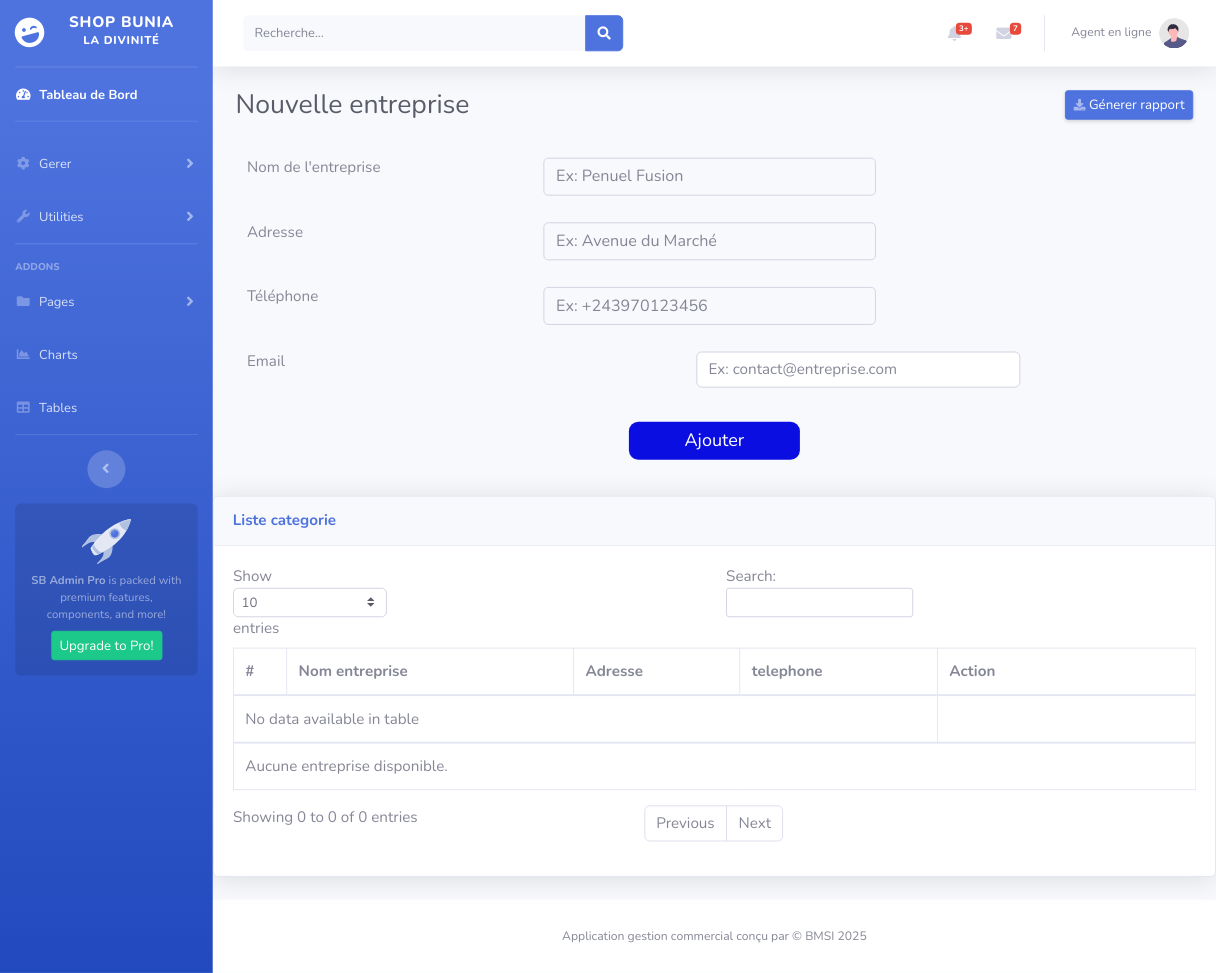
Repository: gradi243/gestion_boutique
Page: http://localhost/entreprise.php
An editor plug-in stored every save of this project. The page is shown before and after the next save, followed by the edit.
The browser window is 1280 px wide. The pictures show the whole page, at 95% of full size.
The page is run by PHP 8.4 with error messages shown; the project is at /var/www/html/. The session is filled in as if someone had signed in: {"id": 1, "nom": "Feza", "email": "gradi@gmail.com", "role": "admin", "id_entreprise": 1}. Other server files are loaded and not shown. Queries for data that is not in the repository find no rows.

Above is the page before, as saved 2025-10-24 17:26:45.
Console error: TypeError: Cannot read properties of null (reading 'length')

### entreprise.php
<?php

    session_start();
    include_once("connexion/connexion.php");

    // Vérifie si l'utilisateur est connecté
    if (!isset($_SESSION['id'])) {
        header("Location: login.php");
        exit;
    }
    // Connexion à la base de données
    include_once('connexion/connexion.php');

?>
<!DOCTYPE html>
<html lang="en">
    <?php
        include("lien/lien.php");
    ?>
<body id="page-top">

    <!-- Page Wrapper -->
    <div id="wrapper">

        <!-- Sidebar -->
        <?php
            include("menugauche/menugauche.php");
        ?>
        <!-- End of Sidebar -->

        <!-- Content Wrapper -->
        <div id="content-wrapper" class="d-flex flex-column">

            <!-- Main Content -->
            <div id="content">

                <!-- Topbar -->
                <?php
                    include("topbar/topbar.php");
                ?>
                <!-- End of Topbar -->

                <!-- Begin Page Content -->
                <div class="container-fluid">

                    <!-- Page Heading -->
                    <?php if(empty($_GET["modifier"])) : ?>
                        <div class="d-sm-flex align-items-center justify-content-between mb-4">
                            <h1 class="h3 mb-0 text-gray-800">Nouvelle entreprise</h1>
                            <a href="#" class="d-none d-sm-inline-block btn btn-sm btn-primary shadow-sm"><i
                            class="fas fa-download fa-sm text-white-50"></i> Génerer rapport</a>
                        </div>
                    <!-- gestion de message  -->
                        <div class="alerte">
                            <?php
                                if(isset($_GET['msg']) && !empty($_GET["msg"]) ) { ?>

                                    <div><p> <?= htmlspecialchars($_GET["msg"]) ?> </p></div>
                                <?php } ?>
                        </div>
                        <form action="include/entreprise.php" method="post" class="formulaire">
                            <table class="table table-borderless">
                                <tr>
                                    <td><label for="nom">Nom de l'entreprise</label></td>
                                    <td>
                                        <input type="text" id="nom" name="nom" class="form-control" placeholder="Ex: Penuel Fusion" required>
                                    </td>
                                </tr>
                                <tr>
                                    <td><label for="adresse">Adresse</label></td>
                                    <td>
                                        <input type="text" id="adresse" name="adresse" class="form-control" placeholder="Ex: Avenue du Marché" required>
                                    </td>
                                </tr>
                                <tr>
                                    <td><label for="telephone">Téléphone</label></td>
                                    <td>
                                        <input type="text" id="telephone" name="telephone" class="form-control" placeholder="Ex: +243970123456" required>
                                    </td>
                                </tr>
                                <tr>
                                    <td><label for="email">Email</label></td>
                                    <td>
                                        <input type="email" id="email" name="email" class="form-control" placeholder="Ex: contact@entreprise.com" required>
                                    </td>
                                </tr>
                                <tr>
                                    <td colspan="2">
                                        <input type="submit" name="valider" value="Ajouter" class="btn btn-success">
                                    </td>
                                </tr>
                            </table>
                        </form>

                    <?php endif ?>

                    <!-- une condition pour la modification si la variable n'est pas vide -->
                    <?php if(!empty($_GET["modifier"])) : ?>
                        <div class="d-sm-flex align-items-center justify-content-between mb-4">
                            <h1 class="h3 mb-0 text-gray-800">Modification de l'entreprise</h1>
                            <a href="#" class="d-none d-sm-inline-block btn btn-sm btn-primary shadow-sm">
                                <i class="fas fa-download fa-sm text-white-50"></i> Générer rapport
                            </a>
                        </div>

                        <?php
                            $mod = htmlspecialchars($_GET['modifier']);
                            $req = $pdo->prepare("SELECT * FROM entreprise WHERE id = ?");
                            $req->execute([$mod]);
                            $affiche = $req->fetch(PDO::FETCH_ASSOC);
                        ?>

                        <form action="include/entreprise.php" method="post" class="formulaire">
                            <table class="table table-borderless">
                                <!-- Champ caché pour l'ID -->
                                <input type="hidden" name="id" value="<?= htmlspecialchars($affiche['id']) ?>">

                                <tr>
                                    <td>Nom de l'entreprise</td>
                                    <td>
                                        <input type="text" name="nom" class="form-control" placeholder="Ex: Penuel Fusion"
                                            value="<?= htmlspecialchars($affiche['nom']) ?>" required>
                                    </td>
                                    <td>
                                        <input type="submit" name="valider" value="Modifier" class="btn btn-primary">
                                    </td>
                                </tr>

                                <tr>
                                    <td>Adresse</td>
                                    <td>
                                        <input type="text" name="adresse" class="form-control" placeholder="Ex: Avenue du Marché"
                                            value="<?= htmlspecialchars($affiche['adresse']) ?>" required>
                                    </td>
                                </tr>

                                <tr>
                                    <td>Téléphone</td>
                                    <td>
                                        <input type="text" name="telephone" class="form-control" placeholder="Ex: +243970123456"
                                            value="<?= htmlspecialchars($affiche['telephone']) ?>" required>
                                    </td>
                                </tr>

                                <tr>
                                    <td>Email</td>
                                    <td>
                                        <input type="email" name="email" class="form-control" placeholder="Ex: contact@entreprise.com"
                                            value="<?= htmlspecialchars($affiche['email']) ?>" required>
                                    </td>
                                </tr>
                            </table>
                        </form>
                    <?php endif; ?>

                </div>
                <div class="card shadow mb-4">
                        <div class="card-header py-3">
                            <h6 class="m-0 font-weight-bold text-primary">Liste categorie</h6>
                        </div>
                        <div class="card-body">
                            <div class="table-responsive">
                                <table class="table table-bordered" id="dataTable" width="100%" cellspacing="0">
                                    <thead>
                                        <tr>
                                            <th>#</th>
                                            <th>Nom entreprise </th>
                                            <th>Adresse</th>
                                            <th>telephone</th>

                                            <th colspan="2">Action</th>
                                        </tr>
                                    </thead>

                                    <tbody>
                                     <tbody>
                                            <?php
                                            include_once("connexion/connexion.php");

                                            $sql = "SELECT * FROM entreprise ORDER BY nom ASC";
                                            $stmt = $pdo->prepare($sql);
                                            $stmt->execute();

                                            $has = false;
                                            while ($row = $stmt->fetch(PDO::FETCH_ASSOC)) {
                                                $has = true;
                                                ?>
                                                <tr>
                                                    <td><?= htmlspecialchars($row['id_entreprise']) ?></td>
                                                    <td><?= htmlspecialchars($row['nom']) ?></td>
                                                    <td><?= htmlspecialchars($row['adresse']) ?></td>
                                                    <td><?= htmlspecialchars($row['telephone']) ?></td>
                                                    <td><?= htmlspecialchars($row['email']) ?></td>
                                                    <td>
                                                        <a href="entreprise.php?modifier=<?= urlencode($row['id_entreprise']) ?>" class="btn btn-primary">Modifier</a>
                                                        <a href="include/entreprise.php?sup=<?= urlencode($row['id_entreprise']) ?>" class="btn btn-danger" onclick="return confirm('Supprimer cette entreprise ?')">Supprimer</a>
                                                    </td>
                                                </tr>
                                                <?php
                                            }

                                            if (!$has) {
                                                echo '<tr><td colspan="6">Aucune entreprise disponible.</td></tr>';
                                            }
                                            ?>
                                            </tbody>
                                    </tbody>
                                </table>
                            </div>
                        </div>
                    </div>

            </div>

            <!-- Footer -->
            <footer class="sticky-footer bg-white">
                <div class="container my-auto">
                    <div class="copyright text-center my-auto">
                        <span>Application gestion commercial conçu par &copy; BMSI 2025</span>
                    </div>
                </div>
            </footer>
            <!-- End of Footer -->

        </div>
        <!-- End of Content Wrapper -->

    </div>
    <!-- End of Page Wrapper -->

    <!-- Scroll to Top Button-->
    <a class="scroll-to-top rounded" href="#page-top">
        <i class="fas fa-angle-up"></i>
    </a>

    <!-- Logout Modal-->
    <div class="modal fade" id="logoutModal" tabindex="-1" role="dialog" aria-labelledby="exampleModalLabel"
        aria-hidden="true">
        <div class="modal-dialog" role="document">
            <div class="modal-content">
                <div class="modal-header">
                    <h5 class="modal-title" id="exampleModalLabel">Ready to Leave?</h5>
                    <button class="close" type="button" data-dismiss="modal" aria-label="Close">
                        <span aria-hidden="true">×</span>
                    </button>
                </div>
                <div class="modal-body">Select "Logout" below if you are ready to end your current session.</div>
                <div class="modal-footer">
                    <button class="btn btn-secondary" type="button" data-dismiss="modal">Cancel</button>
                    <a class="btn btn-primary" href="login.html">Logout</a>
                </div>
            </div>
        </div>
    </div>
    <?php
    include("lienjs/lienjs.php");
    ?>
</body>

</html>

### connexion/connexion.php
<?php
try {
    // Connexion à la base de données
    $pdo = new PDO(
        "mysql:host=localhost;dbname=supermarcher;charset=utf8",
        "root",
        "123",
        [
            PDO::ATTR_ERRMODE => PDO::ERRMODE_EXCEPTION, // Active les exceptions
            PDO::ATTR_DEFAULT_FETCH_MODE => PDO::FETCH_ASSOC, // Mode de récupération par défaut
            PDO::ATTR_EMULATE_PREPARES => false // Pour plus de sécurité
        ]
    );

   //echo "Connexion réussie à la base de données !";

} catch (PDOException $e) {
    // En cas d’erreur de connexion
    echo "Erreur de connexion à la base de données : " . $e->getMessage();
}
?>

### lien/lien.php
<head>
    <meta charset="utf-8">
    <meta http-equiv="X-UA-Compatible" content="IE=edge">
    <meta name="viewport" content="width=device-width, initial-scale=1, shrink-to-fit=no">
    <meta name="description" content="">
    <meta name="author" content="">

    <title>SB Admin 2 - Dashboard</title>

    <!-- Custom fonts for this template-->
    <link href="vendor/fontawesome-free/css/all.min.css" rel="stylesheet" type="text/css">
    <link
        href="https://fonts.googleapis.com/css?family=Nunito:200,200i,300,300i,400,400i,600,600i,700,700i,800,800i,900,900i"
        rel="stylesheet">
    <!-- Custom styles for this template-->
    <link href="css/sb-admin-2.min.css" rel="stylesheet">
    <link rel="stylesheet" href="style1.css">
</head>

### menugauche/menugauche.php
<ul class="navbar-nav bg-gradient-primary sidebar sidebar-dark accordion" id="accordionSidebar">

            <!-- Sidebar - Brand -->
            <a class="sidebar-brand d-flex align-items-center justify-content-center" href="index.php">
                <div class="sidebar-brand-icon rotate-n-15">
                    <i class="fas fa-laugh-wink"></i>
                </div>
                <div class="sidebar-brand-text mx-3">Shop Bunia <sup>La divinité</sup></div>
            </a>

            <!-- Divider -->
            <hr class="sidebar-divider my-0">

            <!-- Nav Item - Dashboard -->
            <li class="nav-item active">
                <a class="nav-link" href="index.php">
                    <i class="fas fa-fw fa-tachometer-alt"></i>
                    <span>Tableau de Bord</span></a>
            </li>

            <!-- Divider -->
            <hr class="sidebar-divider">

            <li class="nav-item">
                <a class="nav-link collapsed" href="#" data-toggle="collapse" data-target="#collapseTwo"
                    aria-expanded="true" aria-controls="collapseTwo">
                    <i class="fas fa-fw fa-cog"></i>
                    <span>Gerer</span>
                </a>
                <div id="collapseTwo" class="collapse" aria-labelledby="headingTwo" data-parent="#accordionSidebar">
                    <div class="bg-white py-2 collapse-inner rounded">
                        <a class="collapse-item" href="categorie.php">Categorie</a>
                        <a class="collapse-item" href="produit.php">produit</a>
                        <a class="collapse-item" href="client.php">client</a>
                        <a class="collapse-item" href="typeoperation.php">type opération</a>
                        <a class="collapse-item" href="paiement.php">paiement</a>
                        <a class="collapse-item" href="mouvementcaisse.php">mouvement caisse</a>
                    </div>
                </div>
            </li>

            <!-- Nav Item - Utilities Collapse Menu -->
            <li class="nav-item">
                <a class="nav-link collapsed" href="#" data-toggle="collapse" data-target="#collapseUtilities"
                    aria-expanded="true" aria-controls="collapseUtilities">
                    <i class="fas fa-fw fa-wrench"></i>
                    <span>Utilities</span>
                </a>
                <div id="collapseUtilities" class="collapse" aria-labelledby="headingUtilities"
                    data-parent="#accordionSidebar">
                    <div class="bg-white py-2 collapse-inner rounded">
                        <h6 class="collapse-header">Custom Utilities:</h6>
                        <a class="collapse-item" href="utilities-color.html">Colors</a>
                        <a class="collapse-item" href="utilities-border.html">Borders</a>
                        <a class="collapse-item" href="utilities-animation.html">Animations</a>
                        <a class="collapse-item" href="utilities-other.html">Other</a>
                    </div>
                </div>
            </li>

            <!-- Divider -->
            <hr class="sidebar-divider">

            <!-- Heading -->
            <div class="sidebar-heading">
                Addons
            </div>

            <!-- Nav Item - Pages Collapse Menu -->
            <li class="nav-item">
                <a class="nav-link collapsed" href="#" data-toggle="collapse" data-target="#collapsePages"
                    aria-expanded="true" aria-controls="collapsePages">
                    <i class="fas fa-fw fa-folder"></i>
                    <span>Pages</span>
                </a>
                <div id="collapsePages" class="collapse" aria-labelledby="headingPages" data-parent="#accordionSidebar">
                    <div class="bg-white py-2 collapse-inner rounded">
                        <h6 class="collapse-header">Login Screens:</h6>
                        <a class="collapse-item" href="login.html">Login</a>
                        <a class="collapse-item" href="register.html">Register</a>
                        <a class="collapse-item" href="forgot-password.html">Forgot Password</a>
                        <div class="collapse-divider"></div>
                        <h6 class="collapse-header">Other Pages:</h6>
                        <a class="collapse-item" href="404.html">404 Page</a>
                        <a class="collapse-item" href="blank.html">Blank Page</a>
                    </div>
                </div>
            </li>

            <!-- Nav Item - Charts -->
            <li class="nav-item">
                <a class="nav-link" href="charts.html">
                    <i class="fas fa-fw fa-chart-area"></i>
                    <span>Charts</span></a>
            </li>

            <!-- Nav Item - Tables -->
            <li class="nav-item">
                <a class="nav-link" href="tables.html">
                    <i class="fas fa-fw fa-table"></i>
                    <span>Tables</span></a>
            </li>

            <!-- Divider -->
            <hr class="sidebar-divider d-none d-md-block">

            <!-- Sidebar Toggler (Sidebar) -->
            <div class="text-center d-none d-md-inline">
                <button class="rounded-circle border-0" id="sidebarToggle"></button>
            </div>

            <!-- Sidebar Message -->
            <div class="sidebar-card d-none d-lg-flex">
                <img class="sidebar-card-illustration mb-2" src="img/undraw_rocket.svg" alt="...">
                <p class="text-center mb-2"><strong>SB Admin Pro</strong> is packed with premium features, components, and more!</p>
                <a class="btn btn-success btn-sm" href="https://startbootstrap.com/theme/sb-admin-pro">Upgrade to Pro!</a>
            </div>

        </ul>

### lienjs/lienjs.php
<!-- Bootstrap core JavaScript-->
<script src="vendor/jquery/jquery.min.js"></script>
    <script src="vendor/bootstrap/js/bootstrap.bundle.min.js"></script>

    <!-- Core plugin JavaScript-->
    <script src="vendor/jquery-easing/jquery.easing.min.js"></script>

    <!-- Custom scripts for all pages-->
    <script src="js/sb-admin-2.min.js"></script>

    <!-- Page level plugins -->
    <script src="vendor/chart.js/Chart.min.js"></script>

    <!-- Page level custom scripts -->
    <script src="js/demo/chart-area-demo.js"></script>
    <script src="js/demo/chart-pie-demo.js"></script>


    <!-- Bootstrap core JavaScript-->
    <script src="vendor/jquery/jquery.min.js"></script>
    <script src="vendor/bootstrap/js/bootstrap.bundle.min.js"></script>

    <!-- Core plugin JavaScript-->
    <script src="vendor/jquery-easing/jquery.easing.min.js"></script>

    <!-- Custom scripts for all pages-->
    <script src="js/sb-admin-2.min.js"></script>

    <!-- Page level plugins -->
    <script src="vendor/datatables/jquery.dataTables.min.js"></script>
    <script src="vendor/datatables/dataTables.bootstrap4.min.js"></script>

    <!-- Page level custom scripts -->
    <script src="js/demo/datatables-demo.js"></script>

### style1.css

.formulaire input{
    width: 50%;
    margin-bottom:5px;
    margin: 2px auto;
    display: block;
  }
  .formulaire input[type="text"], .formulaire input[type="password"], .formulaire input[type="datetime-local"], .formulaire select, .formulaire input[type="number"], .formulaire select, .formulaire input[type="mail"]{

    background: transparent;
    width: 350px;
    height: 40px;
    border-radius: 5px;
    color: black;
    font-size: 17px;
    margin-left: 10px;
  }
  .formulaire input[type="submit"]{
    border: none;
    outline: none;
    width: 180px;
    height: 40px;
    background: rgb(11, 14, 224);
    color: white;
    font-size: 19px;
    border-radius: 10px;
    padding: 1px 20px;
    margin: 10px auto;
  }
  .formulaire input[type="submit"]:hover{
    cursor: pointer;
    background: green;
  }

Loaded but not shown: css/sb-admin-2.min.css (library); js/sb-admin-2.min.js (common file); js/demo/chart-area-demo.js (common file); js/demo/chart-pie-demo.js (common file); js/demo/datatables-demo.js (common file); img/undraw_rocket.svg (39 lines, source omitted); img/undraw_profile.svg (38 lines, source omitted); img/undraw_profile_3.svg (47 lines, source omitted); img/undraw_profile_2.svg (44 lines, source omitted); img/undraw_profile_1.svg (38 lines, source omitted); topbar/topbar.php (201 lines, source omitted)

After the next save:
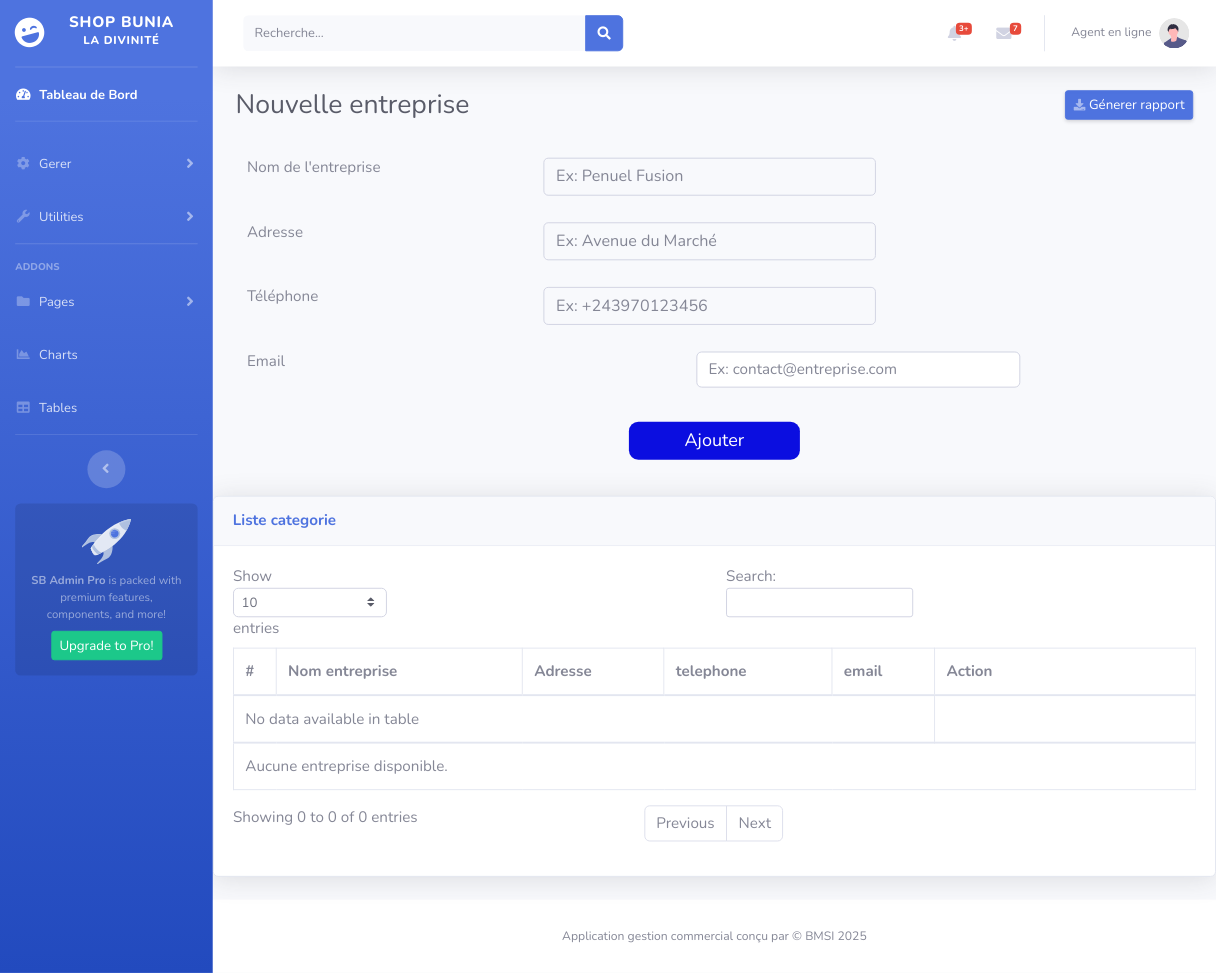
Saved 4 s later.
--- a/entreprise.php
+++ b/entreprise.php
@@ -167,7 +167,7 @@
                                             <th>Nom entreprise </th>
                                             <th>Adresse</th>
                                             <th>telephone</th>
-
+                                            <th>email</th>
                                             <th colspan="2">Action</th>
                                         </tr>
                                     </thead>
